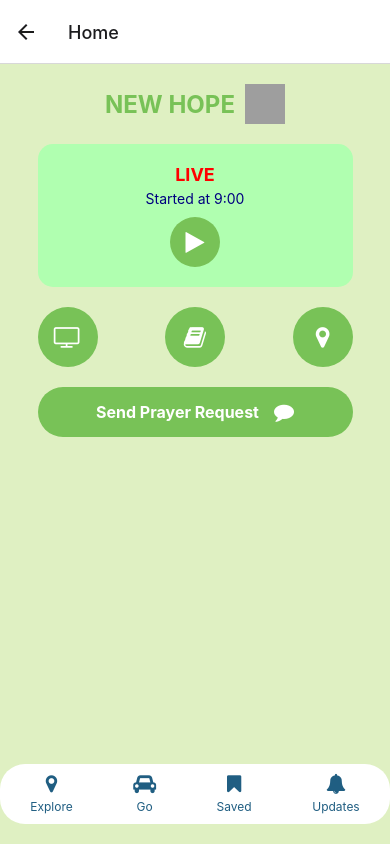
Repository: AbrahamM007/NewHopeChurchApp
Screen: /Home
These files come from the project's save history. The screen is drawn as it stood at one moment and after the next save; the edit follows.
Pictures or frames that could not be fetched are drawn as grey boxes. The app was drawn by React Native's web renderer in a window 390 px wide. The project was rebuilt for these pictures with package versions that can differ from the ones it lists, and the page was loaded fresh each time. Some packages were replaced by stand-ins written for this rebuild. Also part of the build but not shown: screens/SignUpScreen.js.

Above is the screen before, as saved 2024-10-21 16:38:42.

After the next save:
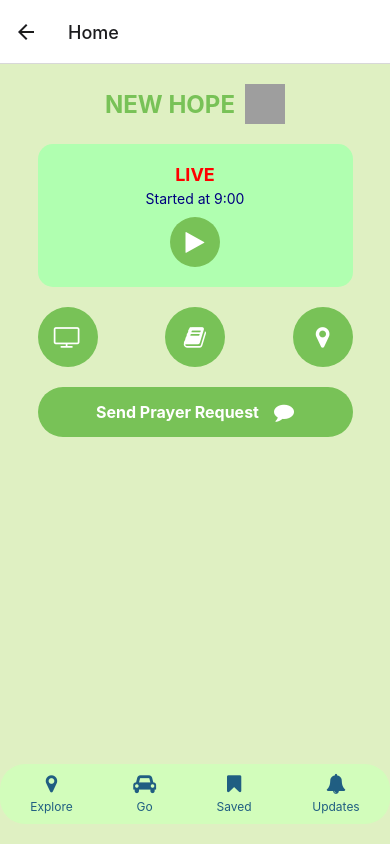
Saved 34 s later.
--- a/screens/HomeScreen.js
+++ b/screens/HomeScreen.js
@@ -155,7 +155,7 @@ const styles = StyleSheet.create({
   bottomNavigation: {
     flexDirection: 'row',
     justifyContent: 'space-around',
-    backgroundColor: '#fff',
+    backgroundColor: '#D2FDBB',
     borderRadius: 25,
     width: '100%',
     paddingVertical: 10,
